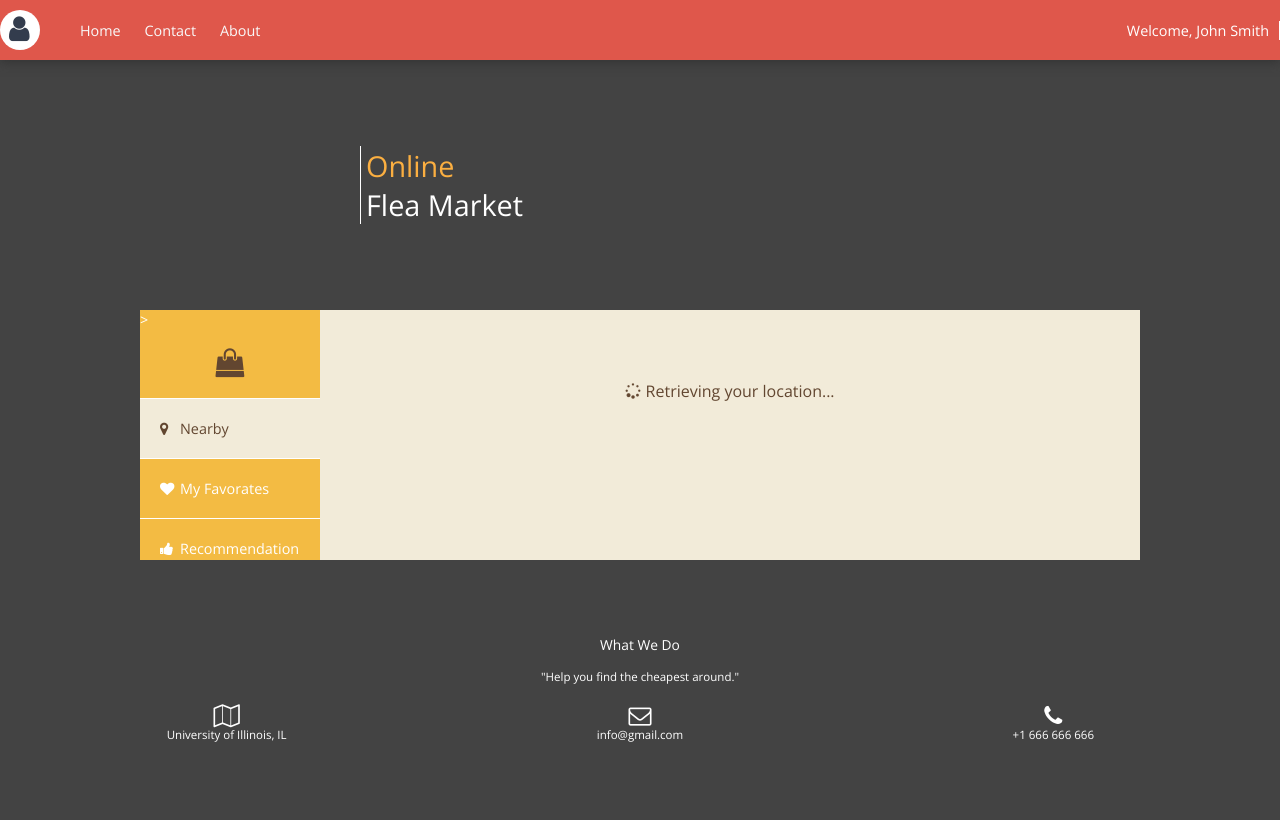
Repository: dongxin2/Online-Flea-Market
Page: workspace/Jupiter/WebContent/index.html
The author's editor kept a copy of each file at every save. The page is drawn from the files as they stood at one save, then again after the next save.
The browser window is 1280 px wide. The pictures show the whole page.
Some web libraries are served in a nearby version.

Above is the page before, as saved 2019-03-24 04:35:35.

### workspace/Jupiter/WebContent/index.html
<!DOCTYPE html>
<html>
<head>
  <meta charset="UTF-8">
  <meta name="description" content="Item Recommendation">
  <meta name="author" content="Your Name">
  <link href='https://fonts.googleapis.com/css?family=Open+Sans:400,300,700' rel='stylesheet' type='text/css'>
  <link rel="stylesheet" href="https://maxcdn.bootstrapcdn.com/font-awesome/4.5.0/css/font-awesome.min.css">
  <link rel="stylesheet" href="styles/main.css">
  <title>Home Page</title>
</head>
<body>
  <header class="top-header">
    <i class="avatar fa fa-user fa-2x"></i>
    <nav class="top-nav">
      <a href="#">Home</a>
      <a href="#">Contact</a>
      <a href="#">About</a>
    </nav>
    <span id="welcome-msg"></span>
  </header>
  <section class="container">
    <header>
      <p><span>Online</span> <br/> Flea Market</p>
    </header>
    <div class="main-section">
      <aside id="item-nav">>
        <div class="nav-icon">
          <i class="fa fa-shopping-bag fa-2x"></i>
        </div>
        <nav class="main-nav">
          <a href="#" id="nearby-btn" class="main-nav-btn active">
             <i class="fa fa-map-marker"></i>Nearby
          </a>
          <a href="#" id="fav-btn" class="main-nav-btn">
            <i class="fa fa-heart"></i>My Favorates
          </a>
          <a href="#" id="recommend-btn" class="main-nav-btn">
            <i class="fa fa-thumbs-up"></i>Recommendation
          </a>
        </nav>
      </aside>
      <ul id="item-list">
        <li class="item">
          <img alt="item image" src="https://cdn.vox-cdn.com/thumbor/4nOocrwrwul2VZax_BdyHyKkDR4=/0x0:2640x1748/1820x1213/filters:focal(1109x663:1531x1085)/cdn.vox-cdn.com/uploads/chorus_image/image/60675421/twarren_iphonesim_1.1533038365.jpg" />
          <div>
            <a href="#" class="item-name">iPhone XR</a>
            <p class="item-category">electronic device</p>
            <div class="stars">
              <i class="fa fa-usd"></i>
              <i class="fa fa-usd"></i>
              <i class="fa fa-usd"></i>
              <i class="fa fa-usd"></i>
            </div>
          </div>
          <p class="item-address">Bruce<br/>666@gmail.com<br/> +1 666 666 6666</p>
          <div class="fav-link">
            <i class="fa fa-heart"></i>
          </div>
        </li>
        <li class="item">
          <img alt="item image" src="https://bloximages.newyork1.vip.townnews.com/purdueexponent.org/content/tncms/assets/v3/editorial/d/25/d25f5715-956a-51fb-a6ab-5f9020e08ec8/4ecb2c760e213.image.jpg?resize=584%2C759" />
          <div>
            <a href="#" class="item-name">iClicker2</a>
            <p class="item-category">Electronic device</p>
            <div class="stars">
              <i class="fa fa-usd"></i>
              <i class="fa fa-usd"></i>
            </div>
          </div>
          <p class="item-address">Alfred<br/>6666@gmail.com<br/> +1 666 666 6666</p>
          <div class="fav-link">
            <i class="fa fa-heart"></i>
          </div>
        </li>
      </ul>
    </div>
  </section>
    <footer>
    <p class="title">What We Do</p>
    <p>"Help you find the cheapest around."</p>
    <ul>
      <li>
        <p><i class="fa fa-map-o fa-2x"></i></p>
        <p>University of Illinois, IL</p>
      </li>
      <li>
        <p><i class="fa fa-envelope-o fa-2x"></i></p>
        <p>info@gmail.com</p>
      </li>
      <li>
        <p><i class="fa fa-phone fa-2x"></i></p>
        <p>+1 666 666 666</p>
      </li>
    </ul>
  </footer>
  <script src="https://rawgit.com/emn178/js-md5/master/build/md5.min.js"></script>
  <script src="scripts/main.js"></script>
</body>
</html>

### workspace/Jupiter/WebContent/styles/main.css
* {
	box-sizing: border-box;
	margin: 0;
	padding: 0;
}

body {
	background: #434343;
	color: #FFFFFF;
	font-family: 'Open Sans', sans-serif;
	font-weight: 300;
	font-size: 0.9em;
}

ul {
	list-style: none;
}

/**
 * top header
 */
.top-header {
	align-items: center;
	background: #DF574B;
	box-shadow: 0px 2px 10px #333333;
	display: flex;
	height: 60px;
	position: fixed;
	top: 0;
	width: 100%;
	z-index: 1;
}

.avatar {
	background: #FFFFFF;
	border-radius: 50%;
	color: #333C4D;
	height: 40px;
	margin-right: 20px;
	padding-left: 9px;
	padding-top: 5px;
	width: 40px;
}

/**
 * top navigation
 */
.top-nav {
	flex: 1;
}

.top-nav a {
	color: #F9F9F9;
	font-weight: 400;
	margin-left: 20px;
	text-decoration: none;
}

#welcome-msg {
	border-right: 1px solid #FFFFFF;
	padding-right: 10px;
}

/**
 * main container
 */
.container {
	margin: 60px auto;
	max-width: 1000px;
	min-width: 600px;
}

/**
 * main header
 */
.container > header {
  align-items: center;
  background: url('https://images.pexels.com/photos/1227520/pexels-photo-1227520.jpeg?cs=srgb&dl=alps-background-beautiful-view-1227520.jpg&fm=jpg') no-repeat 50% 50%
  no-repeat 50% 50%;
  background-size: 100%;
	display: flex;
	height: 250px;
}

.container > header p {
  font-weight: 400;
  font-size: 2em;
  margin-left: 220px;
  border-left: 1px solid white;
  padding-left: 5px;
}

.container > header span {
  color: #FBAF41;
}


.main-section {
  background: #F3BB43;
  //height: 500px; // to be changed
}

.main-section aside {
  float: left;
  width: 180px;
}

/**
 * aside
 */
#item-nav {
	float: left;
	width: 180px;
}

.nav-icon {
  color: #624630;
  padding: 20px;
  text-align: center;
}

/**
 * main navigation
 */
.main-nav-btn {
  background: none;
  color: white;
  display: block;
  text-decoration: none;
  padding: 20px;
  border-top: 1px solid white;
  text-align: left;
}

.main-nav-btn:hover {
  background: rgba(255, 255, 255, 0.8);
  color: #624630;
}

.main-nav-btn.active {
  background: #F2EBD9;
  color: #624630;
}

.main-nav-btn i{
  width: 20px;
}


/**
 * item list
 */

#item-list {
	background: #F2EBD9;
	color: #624630;
	list-style: none;
	margin-left: 180px;
	min-height: 250px;
	padding: 10px;
}

#item-list .notice {
	font-size: 16px;
	padding: 60px;
	text-align: center;
}


.item {
  display: flex;
  align-items: center;
  color: #624630;
  border-bottom: 1px solid white;
  margin: 10px;
  padding: 15px;
}

.item:last-child {
	border: none;
}

.item:hover {
	background: rgba(255, 255, 255, 0.8);
	transition: background-color 100ms linear;
}

.item img {
	border: 1px solid #FFFFFF;
	height: 80px;
	width: 80px;
}

.item>div:first-of-type {
	flex: 1;
	margin-left: 10px;
	margin-right: 10px;
}

.item-name {
	color: #624630;
	font-weight: 400;
	text-decoration: none;
}

.item-name:hover {
	text-decoration: underline;
}

.item-address {
	line-height: 20px;
	padding-right: 20px;
	text-align: right;
}

.stars {
	align-items: center;
	display: flex;
	padding-top: 10px;
}

.fav-link {
	border-left: 1px solid #FFFFFF;
	cursor: pointer;
	line-height: 60px;
	text-align: center;
	width: 60px;
}

.fav-link:hover {
	color: #F13F3F;
}

/**
 * footer section
 */
footer {
  background: #434343;
  font-size:  0.8em;
  height:     200px;
  position:   relative;
}

footer p {
  text-align: center;
}

footer p.title {
  font-size: 1.2em;
  padding:   15px;
}

footer ul {
  display: flex;
  align-items: center;
  padding: 20px;
}

footer ul li {
   flex: 1;
}

### workspace/Jupiter/WebContent/scripts/main.js
(function() {

/* step2: variables */
	var user_id = '1111';
	var user_fullname = 'John Smith';
	var lng = -122.08;
	var lat = 37.38;

	/* step3: main function(entrance) */
	init();

	/* step4: define init function */
	function init() {
		// Register event listeners
//		$('nearby-btn').addEventListener('click', loadNearbyItems);
//		$('fav-btn').addEventListener('click', loadFavoriteItems);
//		$('recommend-btn').addEventListener('click', loadRecommendedItems);

		var welcomeMsg = $('welcome-msg');
        		welcomeMsg.innerHTML = 'Welcome, ' + user_fullname;

        		// step 7
        		initGeoLocation();
	}

	/* step5: create $ function */
	/**
	 * A helper function that creates a DOM element <tag options...>
	 */
	function $(tag, options) {
		if (!options) {
			return document.getElementById(tag);
		}
		var element = document.createElement(tag);

		for ( var option in options) {
			if (options.hasOwnProperty(option)) {
				element[option] = options[option];
			}
		}
		return element;
	}

		/* step6: create AJAX helper function */
	/**
	 * @param method - GET|POST|PUT|DELETE
	 * @param url - API end point
	 * @param callback - This the successful callback
	 * @param errorHandler - This is the failed callback
	 */
	function ajax(method, url, data, callback, errorHandler) {
		var xhr = new XMLHttpRequest();

		xhr.open(method, url, true);

		xhr.onload = function() {
			if (xhr.status === 200) {
				callback(xhr.responseText);
			} else if (xhr.status === 403) {
				onSessionInvalid();
			} else {
				errorHandler();
			}
		};

		xhr.onerror = function() {
			console.error("The request couldn't be completed.");
			errorHandler();
		};

		if (data === null) {
			xhr.send();
		} else {
			xhr.setRequestHeader("Content-Type",
					"application/json;charset=utf-8");
			xhr.send(data);
		}
	}

	/** step 7: initGeoLocation function **/
	function initGeoLocation() {
		if (navigator.geolocation) {
			// step 8
			navigator.geolocation.getCurrentPosition(onPositionUpdated,
					onLoadPositionFailed, {
						maximumAge : 60000
					});
			showLoadingMessage('Retrieving your location...');
		} else {
			// step 9
			onLoadPositionFailed();
		}
	}

	/** step 8: onPositionUpdated function **/
	function onPositionUpdated(position) {
		lat = position.coords.latitude;
		lng = position.coords.longitude;

		// step 11
		loadNearbyItems();
	}

	/** step 9: onPositionUpdated function **/
	function onLoadPositionFailed() {
		console.warn('navigator.geolocation is not available');

		//step 10
		getLocationFromIP();
	}

		/** step 10: getLocationFromIP function **/
	function getLocationFromIP() {
		// Get location from http://ipinfo.io/json
		var url = 'http://ipinfo.io/json'
		var req = null;
		ajax('GET', url, req, function(res) {
			var result = JSON.parse(res);
			if ('loc' in result) {
				var loc = result.loc.split(',');
				lat = loc[0];
				lng = loc[1];
			} else {
				console.warn('Getting location by IP failed.');
			}
			// step 11
			loadNearbyItems();
		});
	}

		/** step 11: loadNearbyItems function **/
	/**
	 * API #1 Load the nearby items API end point: [GET]
	 * /Dashi/search?user_id=1111&lat=37.38&lon=-122.08
	 */
	function loadNearbyItems() {
		console.log('loadNearbyItems');
		// step 12
		activeBtn('nearby-btn');

//		// The request parameters
//		var url = './search';
//		var params = 'user_id=' + user_id + '&lat=' + lat + '&lon=' + lng;
//		var req = JSON.stringify({});
//
//		// step 13
//		// display loading message
//		showLoadingMessage('Loading nearby items...');
//
//		// make AJAX call
//		ajax('GET', url + '?' + params, req,
//		// successful callback
//		function(res) {
//			var items = JSON.parse(res);
//			if (!items || items.length === 0) {
//				// step 14
//				showWarningMessage('No nearby item.');
//			} else {
//				// step 16
//				listItems(items);
//			}
//		},
//		// failed callback
//		function() {
//			// step 15
//			showErrorMessage('Cannot load nearby items.');
//		});
	}
		/** step 12: activeBtn function **/

	/**
	 * A helper function that makes a navigation button active
	 *
	 * @param btnId - The id of the navigation button
	 */
	function activeBtn(btnId) {
		var btns = document.getElementsByClassName('main-nav-btn');

		// deactivate all navigation buttons
		for (var i = 0; i < btns.length; i++) {
			btns[i].className = btns[i].className.replace(/\bactive\b/, '');
		}

		// active the one that has id = btnId
		var btn = $(btnId);
		btn.className += ' active';
	}

		/** step 13: showLoadingMessage function **/
	function showLoadingMessage(msg) {
		var itemList = $('item-list');
		itemList.innerHTML = '<p class="notice"><i class="fa fa-spinner fa-spin"></i> '
				+ msg + '</p>';
	}

	/** step 14: showWarningMessage function **/
	function showWarningMessage(msg) {
		var itemList = $('item-list');
		itemList.innerHTML = '<p class="notice"><i class="fa fa-exclamation-triangle"></i> '
				+ msg + '</p>';
	}

	/** step15: showErrorMessage function **/
	function showErrorMessage(msg) {
		var itemList = $('item-list');
		itemList.innerHTML = '<p class="notice"><i class="fa fa-exclamation-circle"></i> '
				+ msg + '</p>';
	}

	/** step16: listItems function **/
	/**
	 * @param items - An array of item JSON objects
	 */
	function listItems(items) {
		// Clear the current results
		var itemList = $('item-list');
		itemList.innerHTML = '';

		for (var i = 0; i < items.length; i++) {
			// step 17
			addItem(itemList, items[i]);
		}
	}

		/** step17: addItem function **/
	/**
	 * Add item to the list
	 * @param itemList - The <ul id="item-list"> tag
	 * @param item - The item data (JSON object)
	 */
	function addItem(itemList, item) {
		var item_id = item.item_id;

		// create the <li> tag and specify the id and class attributes
		var li = $('li', {
			id : 'item-' + item_id,
			className : 'item'
		});

		// set the data attribute
		li.dataset.item_id = item_id;
		li.dataset.favorite = item.favorite;

		// item image
		if (item.image_url) {
			li.appendChild($('img', {
				src : item.image_url
			}));
		} else {
			li.appendChild($('img', {
				src : 'https://assets-cdn.github.com/images/modules/logos_page/GitHub-Mark.png'
			}))
		}
		// section
		var section = $('div', {});

		// title
		var title = $('a', {
			href : item.url,
			target : '_blank',
			className : 'item-name'
		});
		title.innerHTML = item.name;
		section.appendChild(title);

		// category
		var category = $('p', {
			className : 'item-category'
		});
		category.innerHTML = 'Category: ' + item.categories.join(', ');
		section.appendChild(category);

		var stars = $('div', {
			className : 'stars'
		});

		for (var i = 0; i < item.rating; i++) {
			var star = $('i', {
				className : 'fa fa-star'
			});
			stars.appendChild(star);
		}

		if (('' + item.rating).match(/\.5$/)) {
			stars.appendChild($('i', {
				className : 'fa fa-star-half-o'
			}));
		}

		section.appendChild(stars);

		li.appendChild(section);

		// address
		var address = $('p', {
			className : 'item-address'
		});

		address.innerHTML = item.address.replace(/,/g, '<br/>').replace(/\"/g,
				'');
		li.appendChild(address);

		// favorite link
		var favLink = $('p', {
			className : 'fav-link'
		});

		favLink.onclick = function() {
			changeFavoriteItem(item_id);
		};

		favLink.appendChild($('i', {
			id : 'fav-icon-' + item_id,
			className : item.favorite ? 'fa fa-heart' : 'fa fa-heart-o'
		}));

		li.appendChild(favLink);

		itemList.appendChild(li);
	}


})()

After the next save:
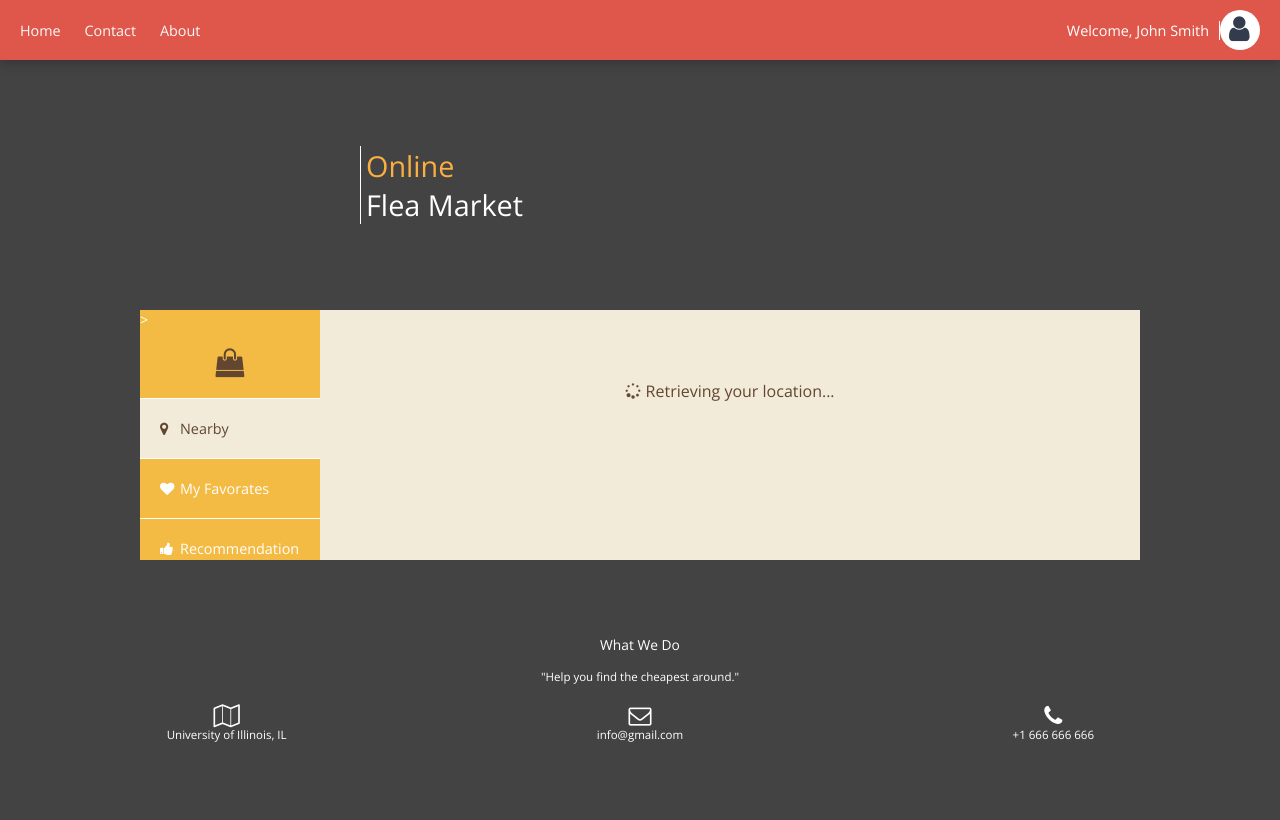
Saved 70 s later.
--- a/workspace/Jupiter/WebContent/index.html
+++ b/workspace/Jupiter/WebContent/index.html
@@ -11,13 +11,13 @@
 </head>
 <body>
   <header class="top-header">
-    <i class="avatar fa fa-user fa-2x"></i>
     <nav class="top-nav">
       <a href="#">Home</a>
       <a href="#">Contact</a>
       <a href="#">About</a>
     </nav>
     <span id="welcome-msg"></span>
+    <i id="avatar" class="avatar fa fa-user fa-2x"></i>
   </header>
   <section class="container">
     <header>
